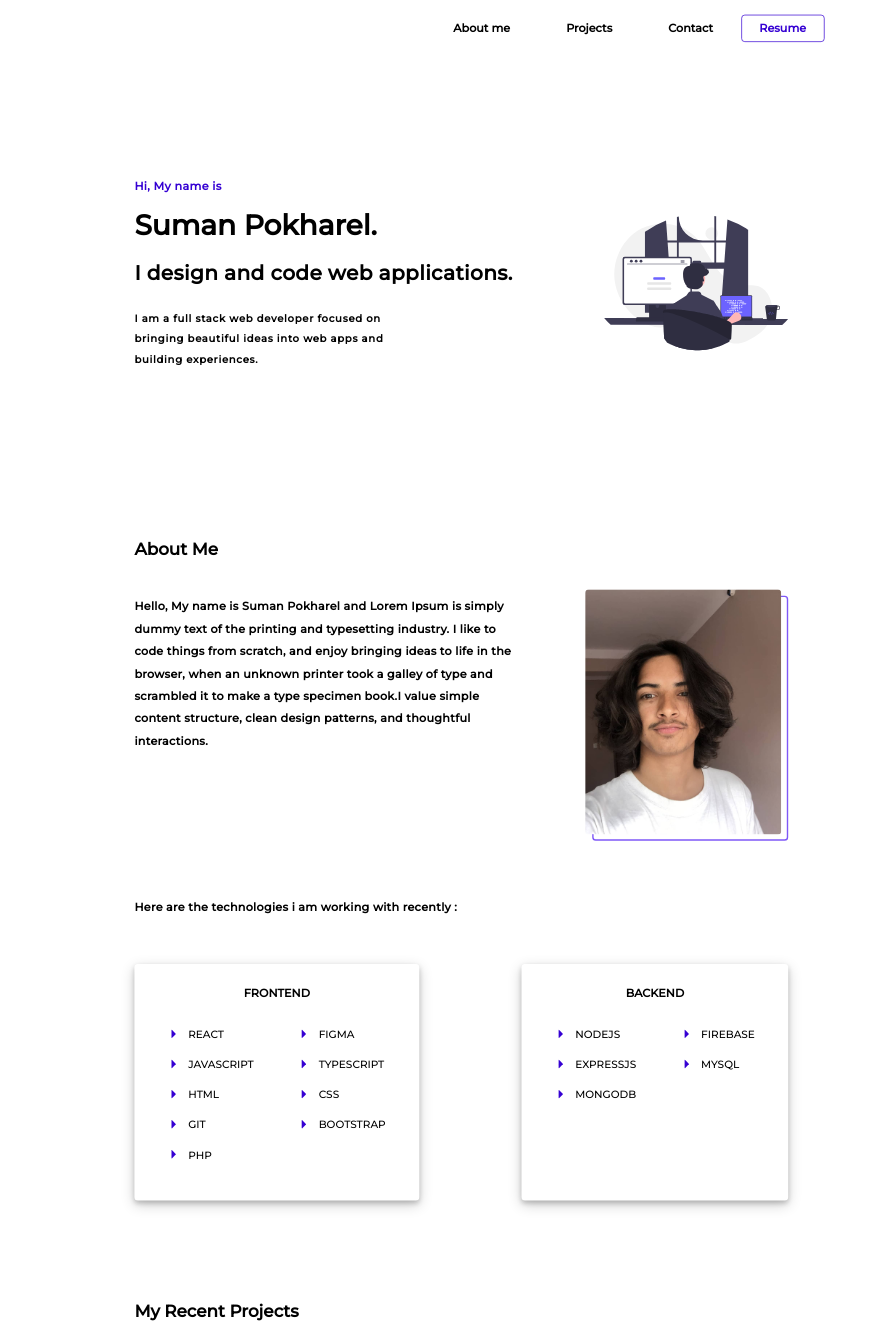
Repository: iamsumanp/portfolio
Page: /
An editor plug-in stored every save of this project. The page is shown before and after the next save, followed by the edit.
The browser window is 1280 px wide. The pictures show the part of the page from y = 0 to 1920 px (the page is 4345 px tall), at 70% of full size.
The project was rebuilt for these pictures with package versions that can differ from the ones it lists, and the page was loaded fresh each time.

Above is the page before, as saved 2022-07-09 23:11:55.

### public/index.html
<!DOCTYPE html>
<html lang="en">
  <head>
    <meta charset="utf-8" />
    <link rel="icon" href="%PUBLIC_URL%/favicon.ico" />
    <meta name="viewport" content="width=device-width, minimum-scale=1" />
    <meta name="theme-color" content="#000000" />
    <meta
      name="description"
      content="Web site created using create-react-app"
    />
    <link rel="apple-touch-icon" href="%PUBLIC_URL%/logo192.png" />

    <link rel="manifest" href="%PUBLIC_URL%/manifest.json" />
    <link rel="preconnect" href="https://fonts.googleapis.com" />
    <link rel="preconnect" href="https://fonts.gstatic.com" crossorigin />
    <link
      href="https://fonts.googleapis.com/css2?family=Montserrat:wght@500&display=swap"
      rel="stylesheet"
    />
    <title>iamsumanp</title>
  </head>
  <body>
    <div id="root"></div>
  </body>
</html>

### src/App.tsx
import "./App.css";
import { BrowserRouter as Router } from "react-router-dom";
import { NavBar } from "./Components/NavBar";
import "./styles/styles.css";
import { Hero } from "./Components/Hero";
import { AboutMe } from "./Components/AboutMe";
import { Projects } from "./Components/Projects";
import { Contact } from "./Components/Contact";
import { Footer } from "./Components/Footer";

function App() {
  return (
    <Router>
      <NavBar />
      <Hero />
      <AboutMe />
      <Projects />
      <Contact />
      <hr />
      <Footer />
    </Router>
  );
}

export default App;

### src/Components/NavBar.tsx
import gsap from "gsap";
import React, { useEffect, useRef, useState } from "react";
import { HashLink } from "react-router-hash-link";
const myLogo = require("../assets/logo.png");
export const NavBar = () => {
  const [active, setActive] = useState(false);
  const navRef = useRef<HTMLDivElement>(null);
  const q = gsap.utils.selector(navRef);
  const tl: any = useRef(); // gsap.TimelineVars | undefined

  const burgerClick = () => {
    setActive(!active);
  };

  useEffect(() => {
    tl.current = gsap.timeline().from(q(".logoImg"), {
      y: 20,
      opacity: 0,
      duration: 0.7,
      ease: "Power3.easeIn",
    });
  });
  return (
    <nav className="navBar" ref={navRef}>
      <HashLink to="#heroSection" className="linkHash" smooth>
        <img
          src={myLogo}
          alt="SP"
          className="logoImg"
          onClick={active ? burgerClick : undefined}
        />
      </HashLink>

      <ul className={active ? "navUl nav-active" : "navUl"}>
        <li className="navLinks" onClick={active ? burgerClick : undefined}>
          <HashLink to="#aboutMe" className="linkHash" smooth>
            About me
          </HashLink>
        </li>
        <li className="navLinks" onClick={active ? burgerClick : undefined}>
          <HashLink to="#projectSection" className="linkHash" smooth>
            Projects
          </HashLink>
        </li>
        <li className="navLinks" onClick={active ? burgerClick : undefined}>
          <HashLink to="#contact" className="linkHash" smooth>
            Contact
          </HashLink>
        </li>
        <li className="navLinks resume">Resume</li>
      </ul>
      <div className="burgerMenu" onClick={() => burgerClick()}>
        <div className={active ? "line1 toggle" : "line1"}></div>
        <div className={active ? "line2 toggle2" : "line2"}></div>
        <div className={active ? "line3 toggle3" : "line3"}></div>
      </div>
    </nav>
  );
};

### src/Components/Hero.tsx
import SvgImg from "./IconComponent/SvgImg";

export const Hero = () => {
  return (
    <div className="heroSection" id="heroSection">
      <div className="content">
        <h4 className="h4text">Hi, My name is</h4>
        <h1 className="h1text">Suman Pokharel.</h1>
        <h2 className="h2text">I design and code web applications.</h2>
        <h5 className="h5text">
          I am a full stack web developer focused on bringing beautiful ideas
          into web apps and building experiences.
        </h5>
      </div>
      {/* <div className="svgImgg"> */}
      <SvgImg height={221} className="svgImgg" />
      {/* </div> */}
    </div>
  );
};

### src/Components/AboutMe.tsx
import React from "react";
import { VscTriangleRight } from "react-icons/vsc";
const mePhoto = require("../assets/mePhoto.jpg");

export const AboutMe = () => {
  return (
    <div className="aboutMeSection" id="aboutMe">
      <h2 className="h2textabout">About Me</h2>
      <div className="contentAndImage">
        <div className="aboutMeContent">
          <span className="spanText">
            Hello, My name is Suman Pokharel and Lorem Ipsum is simply dummy
            text of the printing and typesetting industry. I like to code things
            from scratch, and enjoy bringing ideas to life in the browser, when
            an unknown printer took a galley of type and scrambled it to make a
            type specimen book.I value simple content structure, clean design
            patterns, and thoughtful interactions.
          </span>
        </div>
        <div className="imgContainer">
          <img src={mePhoto} alt="profilePic" className="imgProfile" />
        </div>
      </div>
      <span className="spanText tech">
        Here are the technologies i am working with recently :
      </span>
      <div className="backEndFrontEndContainer">
        <div className="frontEndBox">
          <div className="spanTitle">Frontend</div>

          <div className="frontEndTools">
            <div className="fnTools1">
              <div className="fnTool">
                <VscTriangleRight className="triangleRight" />
                <span className="techName">React</span>
              </div>
              <div className="fnTool">
                <VscTriangleRight className="triangleRight" />
                <span className="techName">JavaScript</span>
              </div>
              <div className="fnTool">
                <VscTriangleRight className="triangleRight" />
                <span className="techName">HTML</span>
              </div>
              <div className="fnTool">
                <VscTriangleRight className="triangleRight" />
                <span className="techName">Git</span>
              </div>
              <div className="fnTool">
                <VscTriangleRight className="triangleRight" />
                <span className="techName">PHP</span>
              </div>
            </div>
            <div className="fnTools2">
              <div className="fnTool">
                <VscTriangleRight className="triangleRight" />
                <span className="techName">FIGMA</span>
              </div>
              <div className="fnTool">
                <VscTriangleRight className="triangleRight" />
                <span className="techName">TypeScript</span>
              </div>
              <div className="fnTool">
                <VscTriangleRight className="triangleRight" />
                <span className="techName">CSS</span>
              </div>
              <div className="fnTool">
                <VscTriangleRight className="triangleRight" />
                <span className="techName">BootStrap</span>
              </div>
            </div>
          </div>
        </div>
        <div className="frontEndBox">
          <div className="spanTitle">Backend</div>

          <div className="frontEndTools">
            <div className="fnTools1">
              <div className="fnTool">
                <VscTriangleRight className="triangleRight" />
                <span className="techName">NODEJS</span>
              </div>
              <div className="fnTool">
                <VscTriangleRight className="triangleRight" />
                <span className="techName">ExpressJS</span>
              </div>
              <div className="fnTool">
                <VscTriangleRight className="triangleRight" />
                <span className="techName">MongoDB</span>
              </div>
            </div>
            <div className="fnTools2">
              <div className="fnTool">
                <VscTriangleRight className="triangleRight" />
                <span className="techName">FireBase</span>
              </div>
              <div className="fnTool">
                <VscTriangleRight className="triangleRight" />
                <span className="techName">mySql</span>
              </div>
            </div>
          </div>
        </div>
      </div>
    </div>
  );
};

### src/Components/Projects.tsx
import { AiFillGithub } from "react-icons/ai";
import { BiLink } from "react-icons/bi";
import { VscTriangleRight } from "react-icons/vsc";

const baatCheethImg = require("../assets/vaatcheeth.png");
const purlieuImg = require("../assets/purlieu.PNG");

const hirestationImg = require("../assets/hirestation.png");

export const Projects = () => {
  return (
    <div className="projectsSection" id="projectSection">
      <h2 className="h2textabout">My Recent Projects</h2>
      <div className="Project1Container">
        <div className="nameLabelLine">
          <span className="projectLabel">1. HireStation</span>
          <div className="vl"></div>
        </div>
        <div className="projectContentAndImage">
          <div className="projContent">
            <span className="projectDiscription">
              Hirestation is an webapp for buying and selling services with
              stripe as payment method. This is an heroku deployed web app.
              Lorem Ipsum is simply dummy text of the printing and typesetting
              industry.
            </span>
            <div className="linksContainer">
              <a
                href="https://hirestation.herokuapp.com/"
                target="_blank"
                rel="noreferrer"
              >
                <BiLink
                  fill="#575454"
                  size={40}
                  style={{ marginRight: "1rem" }}
                />
              </a>
              <a
                href="https://github.com/iamsumanp/hirestation-heroku"
                target="_blank"
                rel="noreferrer"
              >
                <AiFillGithub fill="#575454" size={40} />
              </a>
            </div>

            <span style={{ fontWeight: "bold" }}>Tools used :</span>
            <div className="frontEndTools">
              <div className="fnTools1">
                <div className="fnTool">
                  <VscTriangleRight className="triangleRight" />
                  <span className="techName">React</span>
                </div>

                <div className="fnTool">
                  <VscTriangleRight className="triangleRight" />
                  <span className="techName">ExpressJS</span>
                </div>
              </div>
              <div className="fnTools2">
                <div className="fnTool">
                  <VscTriangleRight className="triangleRight" />
                  <span className="techName">MONGODB</span>
                </div>
              </div>
            </div>
          </div>
          <img
            src={hirestationImg}
            alt="hirestationImg"
            className="hirestationImg"
          />
        </div>
      </div>
      <div className="Project2Container">
        <div className="nameLabelLine2">
          <div className="vl"></div>
          <span className="projectLabel">2. BaathCheeth</span>
        </div>
        <div className="projectContentAndImage1">
          <img
            src={baatCheethImg}
            alt="hirestationImg"
            className="baathcheethImg"
          />
          <div className="projContent">
            <span className="projectDiscription">
              Hirestation is an webapp for buying and selling services with
              stripe as payment method. This is an heroku deployed web app.
              Lorem Ipsum is simply dummy text of the printing and typesetting
              industry.
            </span>
            <div className="linksContainer">
              <a
                href="https://baatcheeth.vercel.app/"
                target="_blank"
                rel="noreferrer"
              >
                <BiLink
                  fill="#575454"
                  size={40}
                  style={{ marginRight: "1rem" }}
                />
              </a>
              <a
                href="https://github.com/iamsumanp/BaatCheeth"
                target="_blank"
                rel="noreferrer"
              >
                <AiFillGithub fill="#575454" size={40} />
              </a>
            </div>

            <span style={{ fontWeight: "bold" }}>Tools used :</span>
            <div className="frontEndTools">
              <div className="fnTools1">
                <div className="fnTool">
                  <VscTriangleRight className="triangleRight" />
                  <span className="techName">React</span>
                </div>
              </div>
              <div className="fnTools2">
                <div className="fnTool">
                  <VscTriangleRight className="triangleRight" />
                  <span className="techName">FireBase/Firestore</span>
                </div>
              </div>
            </div>
          </div>
        </div>
      </div>
      <div className="Project1Container">
        <div className="nameLabelLine">
          <span className="projectLabel">3. Purlieu</span>
          <div className="vl"></div>
        </div>
        <div className="projectContentAndImage">
          <div className="projContent">
            <span className="projectDiscription">
              Hirestation is an webapp for buying and selling services with
              stripe as payment method. This is an heroku deployed web app.
              Lorem Ipsum is simply dummy text of the printing and typesetting
              industry.
            </span>
            <div className="linksContainer">
              <a
                href="https://purlieu-users-front.vercel.app/"
                target="_blank"
                rel="noreferrer"
              >
                <BiLink
                  fill="#575454"
                  size={40}
                  style={{ marginRight: "1rem" }}
                />
              </a>
              <a
                href="https://github.com/shresthaoshan/purlieu_users_frontend"
                target="_blank"
                rel="noreferrer"
              >
                <AiFillGithub fill="#575454" size={40} />
              </a>
            </div>

            <span style={{ fontWeight: "bold" }}>Tools used :</span>
            <div className="frontEndTools">
              <div className="fnTools1">
                <div className="fnTool">
                  <VscTriangleRight className="triangleRight" />
                  <span className="techName">React</span>
                </div>

                <div className="fnTool">
                  <VscTriangleRight className="triangleRight" />
                  <span className="techName">StyledComponents</span>
                </div>
              </div>
              <div className="fnTools2">
                <div className="fnTool">
                  <VscTriangleRight className="triangleRight" />
                  <span className="techName">PostgreSQL</span>
                </div>
                <div className="fnTool">
                  <VscTriangleRight className="triangleRight" />
                  <span className="techName">Figma</span>
                </div>
              </div>
            </div>
          </div>
          <img
            src={purlieuImg}
            alt="hirestationImg"
            className="hirestationImg"
          />
        </div>
      </div>
    </div>
  );
};

### src/Components/Contact.tsx
import React, { useState } from "react";

export const Contact = () => {
  const [name, setName] = useState("");
  const [email, setEmail] = useState("");
  const [message, setMessage] = useState("");

  const submitHandler: React.FormEventHandler<HTMLFormElement> = (
    e: React.FormEvent<HTMLFormElement>
  ) => {
    e.preventDefault();

    setName("");
    setEmail("");
    setMessage("");
  };
  return (
    <div className="ContactSection" id="contact">
      <h2 className="h2textabout">Interested In working together?</h2>
      <form className="formContainer" onSubmit={submitHandler}>
        <div className="nameAndEmailSection">
          <div className="nameContainer">
            <label htmlFor="Name" className="label">
              Name :
            </label>
            <input
              type="text"
              value={name}
              className="inputForm"
              onChange={(e) => setName(e.target.value)}
            />
          </div>
          <div className="emailContainer">
            <label htmlFor="Email" className="label">
              Email :
            </label>
            <input
              type="email"
              value={email}
              className="inputForm"
              onChange={(e) => setEmail(e.target.value)}
            />
          </div>
        </div>
        <div className="MessageContainer">
          <label htmlFor="Message" className="label">
            Message(optional) :
          </label>
          <textarea
            name="message"
            id="messageArea"
            // cols=30
            // rows=10
            value={message}
            onChange={(e) => setMessage(e.target.value)}
          ></textarea>
        </div>
        <button className="submitBtn" type="submit">
          SUBMIT
        </button>
      </form>
    </div>
  );
};

### src/Components/Footer.tsx
import React from "react";
import { AiFillGithub, AiFillTwitterCircle } from "react-icons/ai";
import { BsLinkedin, BsFacebook } from "react-icons/bs";

export const Footer = () => {
  return (
    <div className="footerSection">
      <div className="footerContainer">
        <div className="socialMediaAndQuote">
          <span>Learning, Pushing, Rushing</span>
          <div className="socialMedia">
            <a
              href="https://www.linkedin.com/in/suman-pokharel-2a4b61206/"
              target="_blank"
              rel="noreferrer"
            >
              <BsLinkedin size={30} className="icons" fill="#2867B2" />
            </a>

            <a
              href="https://www.facebook.com/summan.pokharel/"
              target="_blank"
              rel="noreferrer"
            >
              <BsFacebook size={30} className="icons" fill="	#4267B2" />
            </a>
            <a
              href="https://github.com/iamsumanp"
              target="_blank"
              rel="noreferrer"
              style={{ color: "black" }}
            >
              <AiFillGithub size={34} className="icons" />
            </a>
            <a
              href="https://twitter.com/Itsmesuman2"
              target="_blank"
              rel="noreferrer"
            >
              <AiFillTwitterCircle size={35} className="icons" fill="#00acee" />
            </a>
          </div>
        </div>
        <span className="spSpan">Designed And Built By Suman Pokhrel</span>
      </div>
    </div>
  );
};

Loaded but not shown: src/index.tsx (common file); src/Components/IconComponent/SvgImg.tsx (791 lines, source omitted); src/styles/styles.css (603 lines, source omitted); src/App.css (no stored copy; drawn as an empty file)

After the next save:
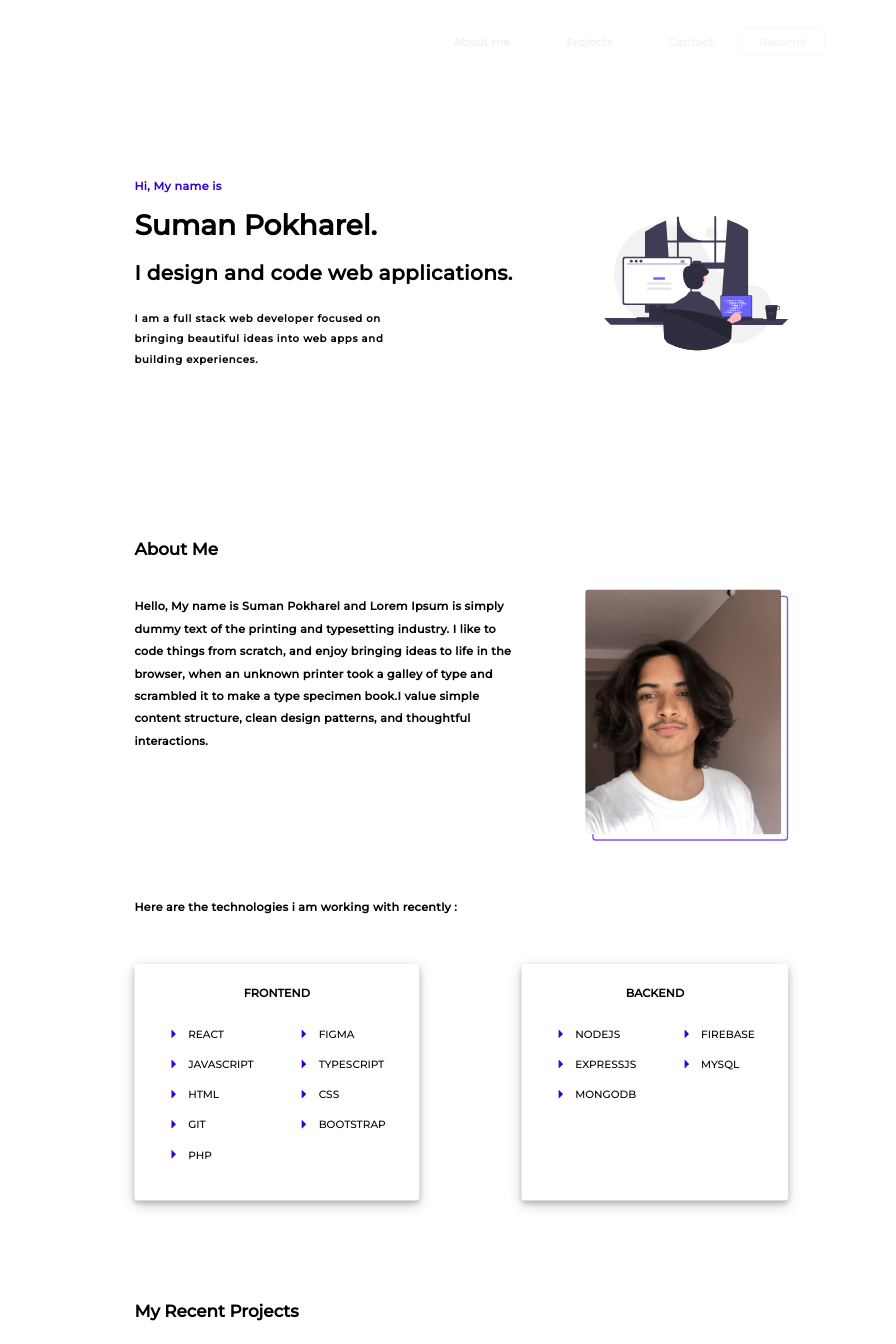
Saved 114 s later.
--- a/src/Components/NavBar.tsx
+++ b/src/Components/NavBar.tsx
@@ -13,12 +13,20 @@ export const NavBar = () => {
   };
 
   useEffect(() => {
-    tl.current = gsap.timeline().from(q(".logoImg"), {
-      y: 20,
-      opacity: 0,
-      duration: 0.7,
-      ease: "Power3.easeIn",
-    });
+    tl.current = gsap
+      .timeline()
+      .from(q(".logoImg"), {
+        y: 20,
+        opacity: 0,
+        duration: 0.7,
+        ease: "Power3.easeIn",
+      })
+      .from(q(".navUl"), {
+        y: 20,
+        opacity: 0,
+        duration: 0.7,
+        stagger: 0.5,
+      });
   });
   return (
     <nav className="navBar" ref={navRef}>
